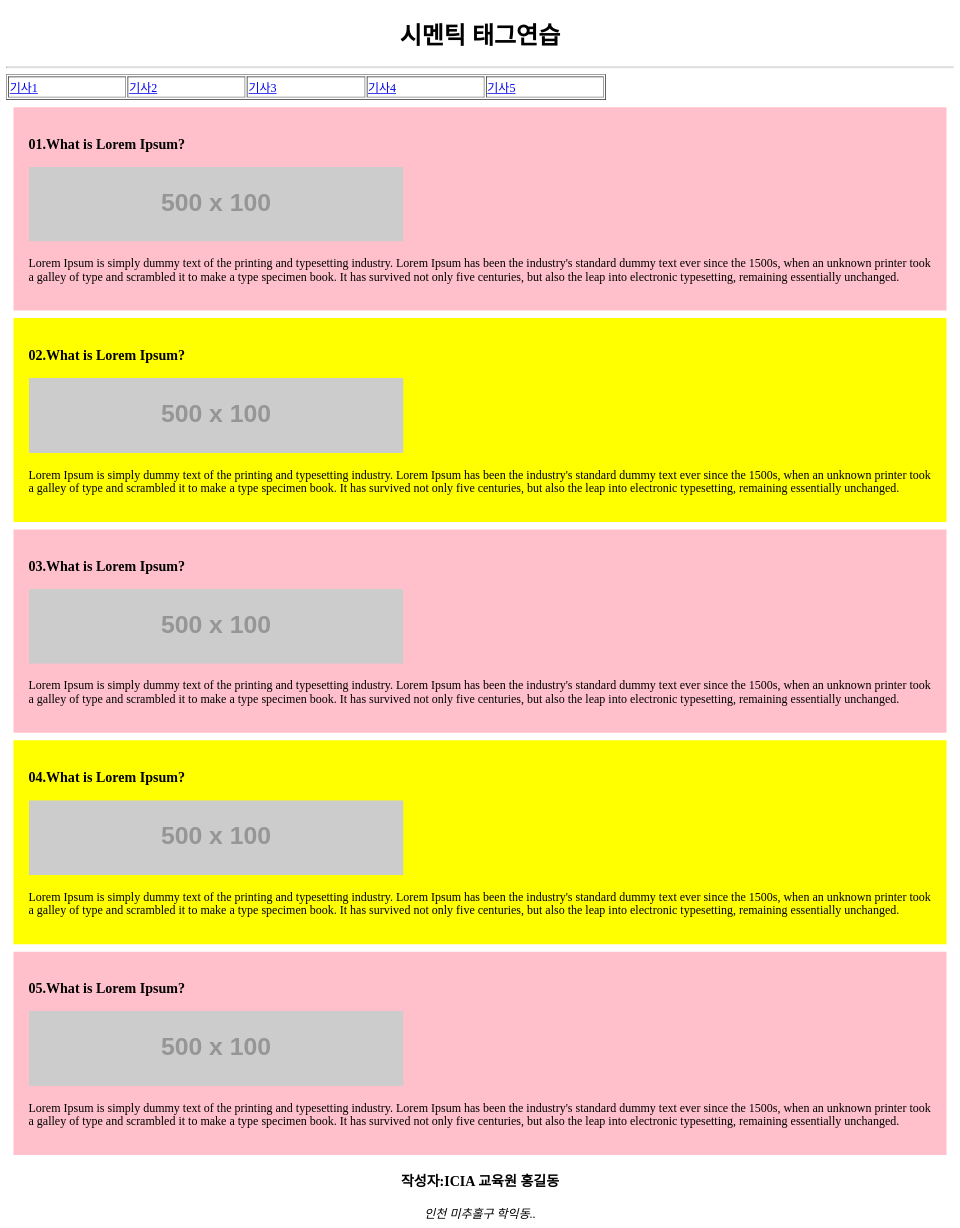
Repository: blinggg/html_git
Page: 0406/ex0406/WebContent/ex06.html
The author's editor kept a copy of each file at every save. The page is drawn from the files as they stood at one save, then again after the next save.
The browser window is 1280 px wide. The pictures show the whole page, at 75% of full size.

Above is the page before, as saved 2020-04-06 08:30:00.

### 0406/ex0406/WebContent/ex06.html
<!DOCTYPE html>
<html>
<head>
<meta charset="UTF-8">
<style>
	header, footer {text-align:center;}
	article {background:yellow;padding:20px;margin:10px;}
	#a1, #a3, #a5{background:pink;}

</style>
<title>시멘틱 태그 연습</title>
</head>
<body>
	<header>
		<h1>시멘틱 태그연습</h1>
		<hr/>
	</header>

	<nav>
		<table width=800 border=1>
			<tr>
				<td><a href="#a1">기사1</a></td>
				<td><a href="#a2">기사2</a></td>
				<td><a href="#a3">기사3</a></td>
				<td><a href="#a4">기사4</a></td>
				<td><a href="#a5">기사5</a></td>
			</tr>
		</table>
	</nav>


	<section>
		<article id="a1">
		<h3>01.What is Lorem Ipsum?</h3>
		<img src="http://placehold.it/500x100">
		<p>
		Lorem Ipsum is simply dummy text of the printing and typesetting industry.
		Lorem Ipsum has been the industry's standard dummy text ever since the 1500s,
		when an unknown printer took a galley of type and scrambled it to make a type specimen book.
		It has survived not only five centuries, but also the leap into electronic typesetting,
		remaining essentially unchanged.
		</p>
		</article>
	</section>
	<section>
		<article id="a2">
		<h3>02.What is Lorem Ipsum?</h3>
		<img src="http://placehold.it/500x100">
		<p>
		Lorem Ipsum is simply dummy text of the printing and typesetting industry.
		Lorem Ipsum has been the industry's standard dummy text ever since the 1500s,
		when an unknown printer took a galley of type and scrambled it to make a type specimen book.
		It has survived not only five centuries, but also the leap into electronic typesetting,
		remaining essentially unchanged.
		</p>
		</article>
	</section>
	<section>
		<article id="a3">
		<h3>03.What is Lorem Ipsum?</h3>
		<img src="http://placehold.it/500x100">
		<p>
		Lorem Ipsum is simply dummy text of the printing and typesetting industry.
		Lorem Ipsum has been the industry's standard dummy text ever since the 1500s,
		when an unknown printer took a galley of type and scrambled it to make a type specimen book.
		It has survived not only five centuries, but also the leap into electronic typesetting,
		remaining essentially unchanged.
		</p>
		</article>
	</section>
	<section>
		<article id="a4">
		<h3>04.What is Lorem Ipsum?</h3>
		<img src="http://placehold.it/500x100">
		<p>
		Lorem Ipsum is simply dummy text of the printing and typesetting industry.
		Lorem Ipsum has been the industry's standard dummy text ever since the 1500s,
		when an unknown printer took a galley of type and scrambled it to make a type specimen book.
		It has survived not only five centuries, but also the leap into electronic typesetting,
		remaining essentially unchanged.
		</p>
		</article>
	</section>
	<section>
		<article id="a5">
		<h3>05.What is Lorem Ipsum?</h3>
		<img src="http://placehold.it/500x100">
		<p>
		Lorem Ipsum is simply dummy text of the printing and typesetting industry.
		Lorem Ipsum has been the industry's standard dummy text ever since the 1500s,
		when an unknown printer took a galley of type and scrambled it to make a type specimen book.
		It has survived not only five centuries, but also the leap into electronic typesetting,
		remaining essentially unchanged.
		</p>
		</article>
	</section>

	<footer>
		<h3> 작성자:ICIA 교육원 홍길동</h3>
		<address>인천 미추홀구 학익동..</address>

	</footer>
</body>
</html>

After the next save:
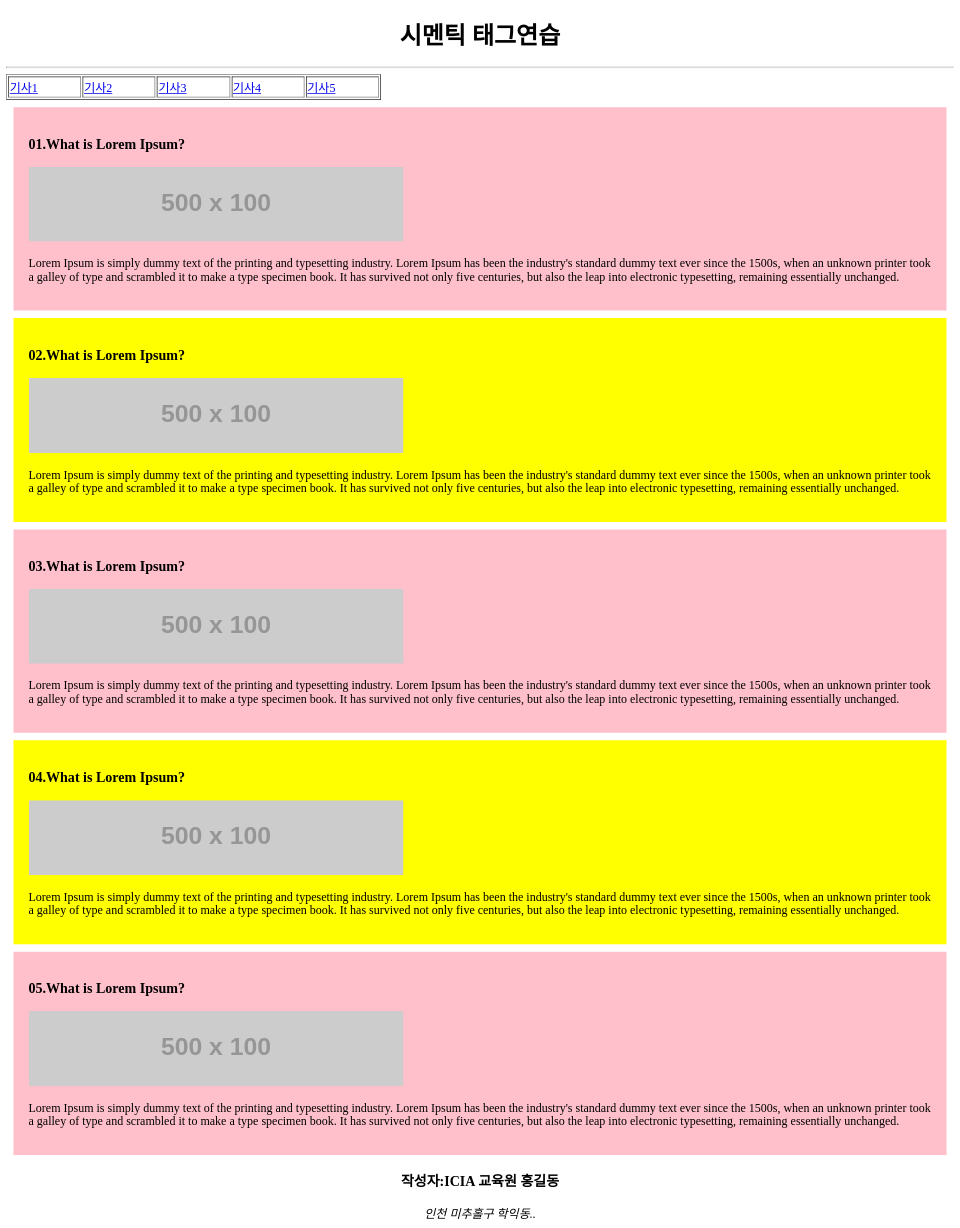
Saved 2 min 34 s later.
--- a/0406/ex0406/WebContent/ex06.html
+++ b/0406/ex0406/WebContent/ex06.html
@@ -17,7 +17,7 @@
 	</header>
 
 	<nav>
-		<table width=800 border=1>
+		<table width=500 border=1>
 			<tr>
 				<td><a href="#a1">기사1</a></td>
 				<td><a href="#a2">기사2</a></td>
